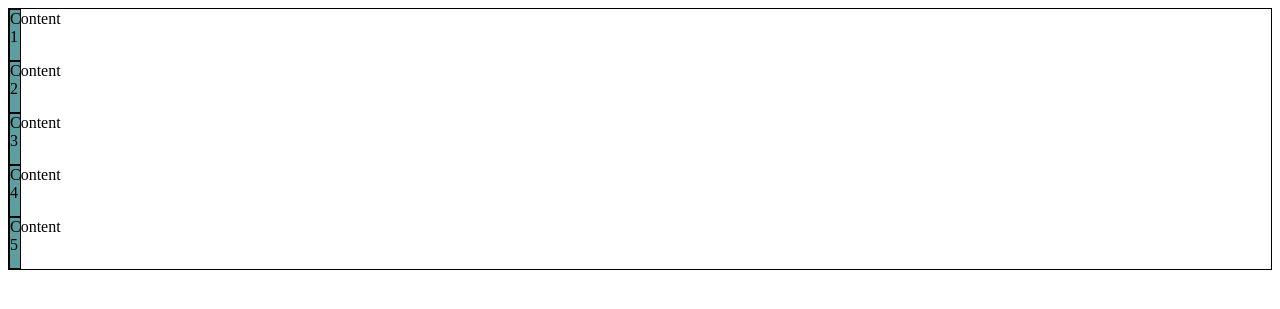
Repository: sammkrt/saltPrecourse
Page: css-trainingGround/cssMarginAndPadding.html
The author's editor kept a copy of each file at every save. The page is drawn from the files as they stood at one save, then again after the next save.
The browser window is 1280 px wide. The pictures show the whole page.

Above is the page before, as saved 2022-12-22 10:34:15.

### css-trainingGround/cssMarginAndPadding.html
<!DOCTYPE html>
<html lang="en">
<head>
    <title>Positioning plaground</title>
    <style>
        main {
            border: 1px solid black;
        }

        div {
            background-color: cadetblue;
            width: 10px;
            height: 50px;
            border: 1px solid black;
        }

    </style>
</head>
<body>
<main>
    <div>Content 1</div>
    <div>Content 2</div>
    <div>Content 3</div>
    <div>Content 4</div>
    <div>Content 5</div>
</main>
</body>
</html>

After the next save:
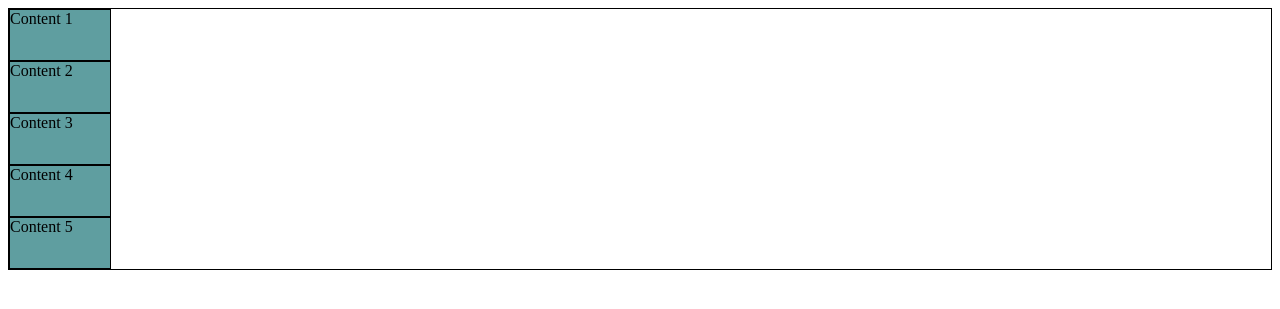
Saved 7 s later.
--- a/css-trainingGround/cssMarginAndPadding.html
+++ b/css-trainingGround/cssMarginAndPadding.html
@@ -9,7 +9,7 @@
 
         div {
             background-color: cadetblue;
-            width: 10px;
+            width: 100px;
             height: 50px;
             border: 1px solid black;
         }
